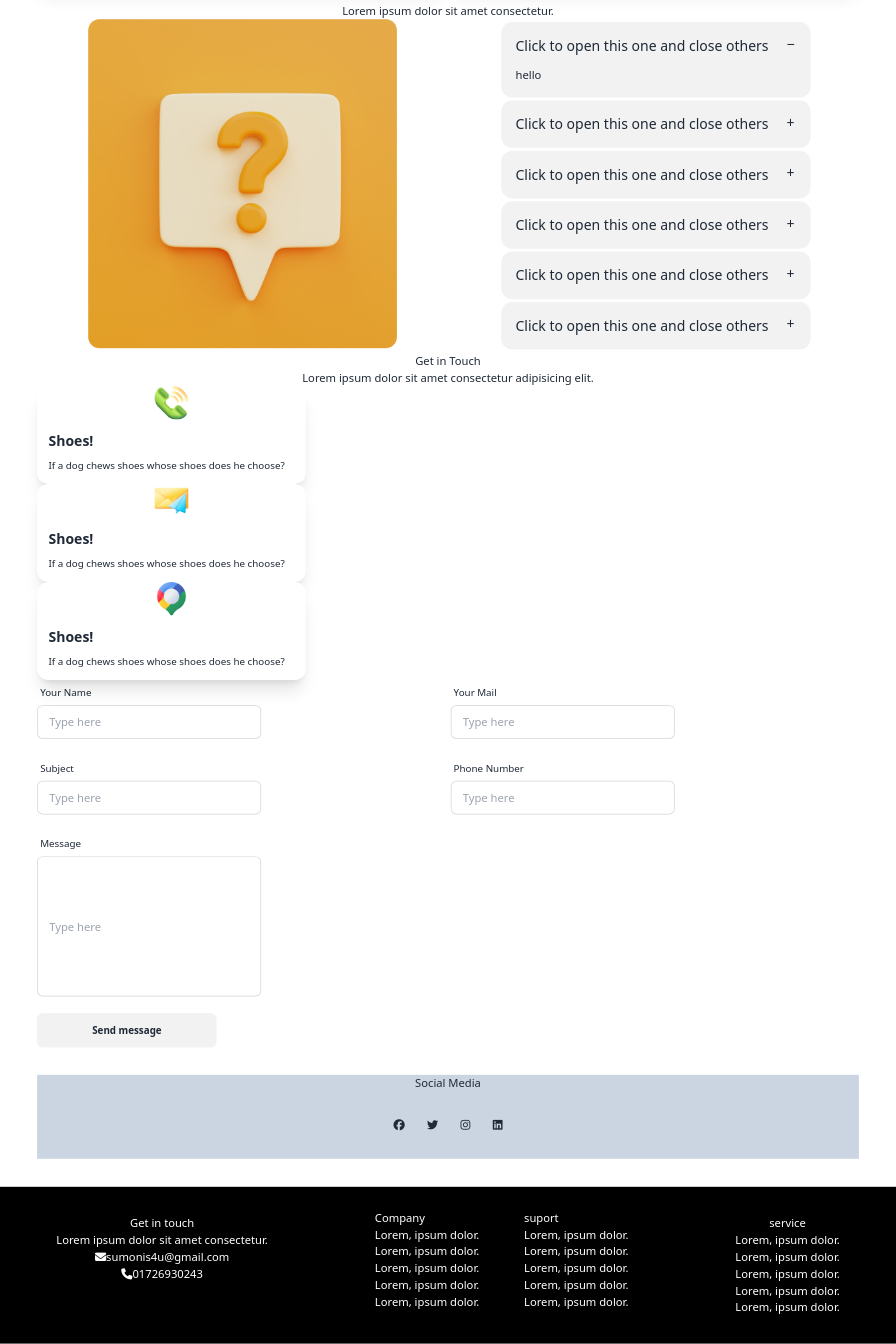
Repository: sumonkumarsarkar/bd-hockeys-team
Page: index.html
The author's editor kept a copy of each file at every save. The page is drawn from the files as they stood at one save, then again after the next save.
The browser window is 1280 px wide. The pictures show the part of the page from y = 2578 to 4498 px (the page is 4498 px tall before and 3554 px after), at 70% of full size.
Some web libraries are served in a nearby version.

Above is the page before, as saved 2024-01-24 09:56:48.

After the next save:
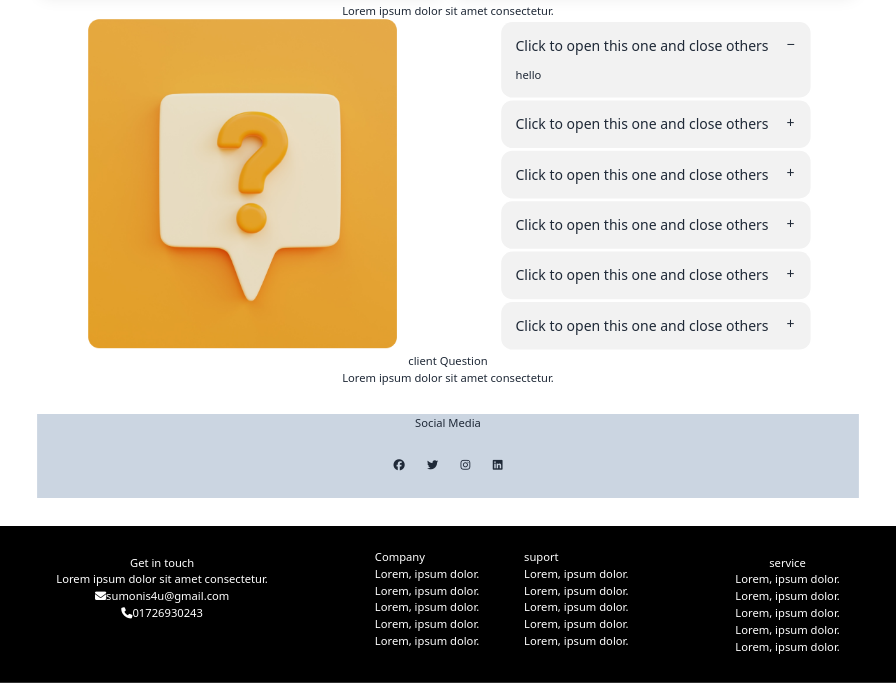
Saved 91 s later.
--- a/index.html
+++ b/index.html
@@ -456,109 +456,11 @@
 <!-- Get In Touch part start  -->
 <section>
 
+
     <div class="text-center">
-        <h2>Get in Touch</h2>
-        <p>Lorem ipsum dolor sit amet consectetur adipisicing elit.</p>
-       </div>
-
-
-<div class="flex justify-between">
-
-       <div>
-
-        <div class="card card-compact w-96 bg-base-100 shadow-xl">
-            <figure><img src="./Images/Group 1171275317.png" alt="Shoes" /></figure>
-            <div class="card-body">
-              <h2 class="card-title">Shoes!</h2>
-              <p>If a dog chews shoes whose shoes does he choose?</p>
-            </div>
-          </div>
-        <div class="card card-compact w-96 bg-base-100 shadow-xl">
-            <figure><img src="./Images/Group 1171275318.png" alt="Shoes" /></figure>
-            <div class="card-body">
-              <h2 class="card-title">Shoes!</h2>
-              <p>If a dog chews shoes whose shoes does he choose?</p>
-            </div>
-          </div>
-        <div class="card card-compact w-96 bg-base-100 shadow-xl">
-            <figure><img src="./Images/Group 1171275321.png" alt="Shoes" /></figure>
-            <div class="card-body">
-              <h2 class="card-title">Shoes!</h2>
-              <p>If a dog chews shoes whose shoes does he choose?</p>
-            </div>
-          </div>
-
-       </div>
-
-
-
-
-
-    </div>
-
-
-
-    <div class="grid grid-cols-2 gap-2">
-
-        <div class="grid grid-cols-1">
-            <label class="form-control w-full max-w-xs">
-                <div class="label">
-                  <span class="label-text">Your Name</span>
-                </div>
-                <input type="text" placeholder="Type here" class="input input-bordered w-full max-w-xs" />
-                <div class="label">
-                </div>
-              </label>
-        </div>
-        <div class="grid grid-cols-1">
-            <label class="form-control w-full max-w-xs">
-                <div class="label">
-                  <span class="label-text">Your Mail</span>
-                </div>
-                <input type="text" placeholder="Type here" class="input input-bordered w-full max-w-xs" />
-                <div class="label">
-                </div>
-              </label>
-        </div>
-        <div class="col-span-1">
-            <label class="form-control w-full max-w-xs">
-                <div class="label">
-                  <span class="label-text">Subject</span>
-                </div>
-                <input type="text" placeholder="Type here" class="input input-bordered w-full max-w-xs" />
-                <div class="label">
-                </div>
-              </label>
-        </div>
-        <div class="col-span-1">
-            <label class="form-control w-full max-w-xs">
-                <div class="label">
-                  <span class="label-text">Phone Number</span>
-                </div>
-                <input type="text" placeholder="Type here" class="input input-bordered w-full max-w-xs" />
-                <div class="label">
-                </div>
-              </label>
-        </div>
-        <div class="col-span-2">
-            <label class="form-control w-full max-w-xs">
-                <div class="label">
-                  <span class="label-text">Message</span>
-                </div>
-                <input type="text" placeholder="Type here" class="input input-bordered w-full h-[200px] max-w-xs" />
-                <div class="label">
-                </div>
-              </label>
-        </div>
-        <button type="button" class="btn btn-wide col-span-2">Send message</button>
-
-        </div>
-
-
-
-
-</section>
-
+        <h2>client Question</h2>
+        <p>Lorem ipsum dolor sit amet consectetur.</p>
+       </div>
 
 
 <!-- Get In Touch part end  -->
